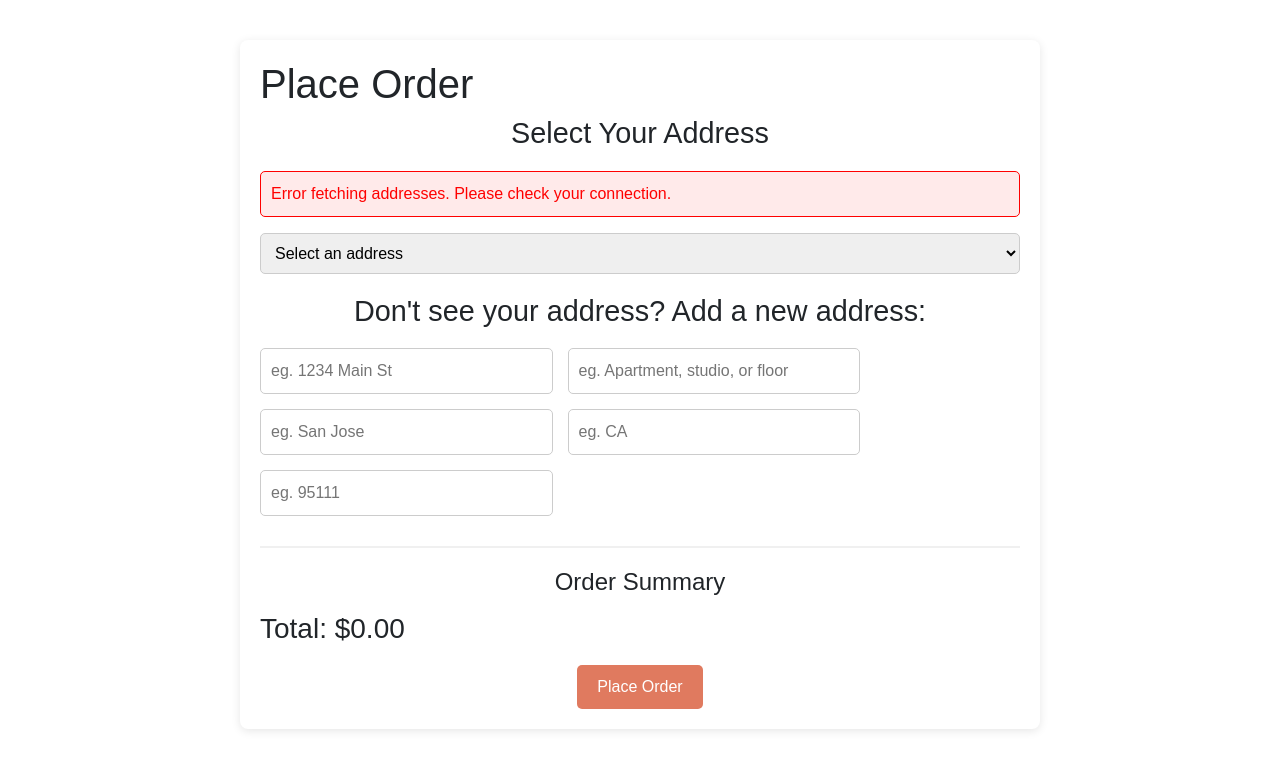
Repository: chelseajaculina/lab2-uber-eats
Page: /order (app in frontend/)
The author's editor kept a copy of each file at every save. The page is drawn from the files as they stood at one save, then again after the next save.
The browser window is 1280 px wide. The pictures show the whole page.
The page's requests for data from a server got no answer. The project was rebuilt for these pictures with package versions that can differ from the ones it lists, and the page was loaded fresh each time. No one was signed in, and anything a server would have sent is missing. Also part of the build but not shown: frontend/src/components/Home.css, frontend/src/components/Logout.css, frontend/src/components/Logout.js, frontend/src/components/CartModal.css, frontend/src/components/CartModal.js, frontend/src/components/NavBarHome.js, frontend/src/components/Home.js, frontend/src/components/CustomerSignUp.js and 25 more.

Above is the page before, as saved 2024-11-22 21:30:58.

### frontend/src/components/OrderPage.js
import React, { useState, useEffect } from 'react';
import { useLocation, useNavigate } from 'react-router-dom';
import './OrderPage.css';

const OrderPage = () => {
  const location = useLocation();
  const navigate = useNavigate();
  const cart = location.state?.cart || []; // Retrieve cart data from navigation state

  const [addresses, setAddresses] = useState([]);
  const [selectedAddress, setSelectedAddress] = useState('');
  const [isLoading, setIsLoading] = useState(false);
  const [isOrderPlaced, setIsOrderPlaced] = useState(false);
  const [errorMessage, setErrorMessage] = useState('');
  const [successMessage, setSuccessMessage] = useState('');

  const restaurantId = cart[0]?.restaurant_id || ''; // Extract restaurant ID from the cart

  const calculateTotal = () =>
    cart.reduce((total, item) => total + (parseFloat(item.price) || 0) * item.quantity, 0).toFixed(2);

  useEffect(() => {
    const fetchAddresses = async () => {
      try {
        const response = await fetch('/api/customers/addresses', {
          method: 'GET',
          headers: {
            'Content-Type': 'application/json',
            Authorization: `Bearer ${localStorage.getItem('token')}`,
          },
        });

        if (response.ok) {
          const data = await response.json();
          setAddresses(data.addresses || []);
        } else {
          setErrorMessage('Failed to fetch addresses. Please try again.');
        }
      } catch (error) {
        console.error('Error fetching addresses:', error);
        setErrorMessage('Error fetching addresses. Please check your connection.');
      }
    };

    fetchAddresses();
  }, []);

  const handlePlaceOrder = async () => {
    setIsLoading(true);
    setErrorMessage('');
    setSuccessMessage('');
    try {
      const orderItems = cart.map((item) => ({
        dish_id: item.id,
        quantity: item.quantity,
      }));

      const response = await fetch('/api/orders/create/', {
        method: 'POST',
        headers: {
          'Content-Type': 'application/json',
          Authorization: `Bearer ${localStorage.getItem('token')}`,
        },
        body: JSON.stringify({
          restaurant_id: restaurantId,
          address: selectedAddress,
          items: orderItems,
          total: calculateTotal(),
        }),
      });

      if (response.ok) {
        setIsOrderPlaced(true);
        setSuccessMessage('Your order has been placed successfully!');
        setTimeout(() => {
          navigate('/'); // Redirect to the dashboard after a short delay
        }, 2000);
      } else {
        const errorData = await response.json();
        setErrorMessage(errorData.error || 'Failed to place the order. Please try again.');
      }
    } catch (error) {
      console.error('Error placing the order:', error);
      setErrorMessage('An error occurred while placing the order. Please try again.');
    } finally {
      setIsLoading(false);
    }
  };

  return (
    <div className="order-page">
      <h1>Place Order</h1>
      <h2>Select Your Address</h2>
      {errorMessage && <p className="error-message">{errorMessage}</p>}
      {successMessage && <p className="success-message">{successMessage}</p>}
      <select
        value={selectedAddress}
        onChange={(e) => setSelectedAddress(e.target.value)}
        className="address-dropdown"
      >
        <option value="" disabled>
          Select an address
        </option>
        {addresses.map((address, index) => (
          <option key={index} value={address.id}>
            {address.street}, {address.city}, {address.state}, {address.zipcode}
          </option>
        ))}
      </select>
      <h2>Don't see your address? Add a new address:</h2>
      <form className="new-address-form">
        <input type="text" name="street" placeholder="eg. 1234 Main St" />
        <input type="text" name="apartment" placeholder="eg. Apartment, studio, or floor" />
        <input type="text" name="city" placeholder="eg. San Jose" />
        <input type="text" name="state" placeholder="eg. CA" />
        <input type="text" name="zipcode" placeholder="eg. 95111" />
      </form>
      <div className="order-summary">
        <h2>Order Summary</h2>
        {cart.map((item) => (
          <div key={item.id} className="summary-item">
            <span>{item.name}</span>
            <span>Qty: {item.quantity}</span>
            <span>${(parseFloat(item.price) * item.quantity).toFixed(2)}</span>
          </div>
        ))}
        <h3>Total: ${calculateTotal()}</h3>
        {!isOrderPlaced && (
          <button
            className="place-order-button"
            onClick={handlePlaceOrder}
            disabled={!selectedAddress || isLoading}
          >
            {isLoading ? 'Placing Order...' : 'Place Order'}
          </button>
        )}
      </div>
      {isOrderPlaced && (
        <div className="confirmation-message">
          <h3>Congratulations!</h3>
          <p>
            Your order has been placed! Stay hungry, our delivery executive will
            be assigned shortly.
          </p>
          <button onClick={() => navigate('/')} className="dashboard-button">
            Go to Dashboard
          </button>
        </div>
      )}
    </div>
  );
};

export default OrderPage;

### frontend/src/components/CustomerProfile.css
/* Main Container */
.dashboard-container {
    display: flex;
    font-family: Arial, sans-serif;
  }

  /* Sidebar */
  .sidebar {
    width: 250px;
    background-color: #000;
    color: #fff;
    padding: 20px;
    min-height: 100vh;
  }

  .sidebar h2 {
    font-size: 1.2em;
    margin-bottom: 20px;
    color: #fff;
  }

  .sidebar ul {
    list-style-type: none;
    padding: 0;
  }

  .sidebar ul li {
    padding: 15px 0;
    color: #ccc;
    cursor: pointer;
  }

  .sidebar ul li:hover,
  .sidebar ul li.active {
    color: #fff;
    background-color: #333;
    padding-left: 10px;
    border-radius: 5px;
  }

  /* Content Section */
  .content {
    flex: 1;
    padding: 40px;
  }

  .content h1 {
    font-size: 2em;
    font-weight: bold;
    margin-bottom: 20px;
  }

  /* Form Styling */
  form {
    display: flex;
    flex-direction: column;
    gap: 15px;
    max-width: 600px;
    margin-bottom: 30px;
  }

  form label {
    font-weight: bold;
    margin-bottom: 5px;
  }

  form input[type="text"],
  form input[type="date"],
  form input[type="email"],
  form input[type="tel"],
  form select {
    width: 100%;
    padding: 10px;
    border: 1px solid #ccc;
    border-radius: 5px;
  }

  form button {
    padding: 10px 15px;
    background-color: #28a745;
    color: #fff;
    border: none;
    border-radius: 5px;
    cursor: pointer;
  }

  form button:hover {
    background-color: #000;
  }

  /* Profile Picture Section */
  .profile-section {
    display: flex;
    align-items: center;
    gap: 10px;
    margin-bottom: 20px;
  }

  .profile-picture {
    width: 100px;
    height: 100px;
    border-radius: 75%;
    object-fit: cover;
    border: 1px solid #ccc;
  }

  .profile-picture-input {
    margin-top: 10px;
  }

  .profile-picture-btn {
    padding: 8px 12px;
    background-color: #28a745;
    color: #fff;
    border: none;
    border-radius: 5px;
    cursor: pointer;
    margin-top: 10px;
  }

  .profile-picture-btn:hover {
    background-color: #000000;
  }

  /* Favorites Section */
  .favorites-section {
    margin-top: 30px;
  }

  .favorites-section h2 {
    font-size: 1.5em;
    font-weight: bold;
    margin-bottom: 10px;
  }

  .favorites-section ul {
    list-style-type: none;
    padding: 0;
  }

  .favorites-section li {
    padding: 10px 0;
    border-bottom: 1px solid #eee;
  }

  /* Edit Icon Styling (optional) */
  .edit-icon {
    cursor: pointer;
    font-size: 1.2em;
    color: #007bff;
    background: #fff;
    border-radius: 50%;
    padding: 5px;
    border: 1px solid #007bff;
  }

### frontend/src/components/RestaurantProfile.css
/* Main Container */
.dashboard-container {
    display: flex;
    font-family: Arial, sans-serif;
  }

  /* Sidebar */
  .sidebar {
    width: 250px;
    background-color: #000;
    color: #fff;
    padding: 20px;
    min-height: 100vh;
  }

  .sidebar h2 {
    font-size: 1.2em;
    margin-bottom: 20px;
    color: #fff;
  }

  .sidebar ul {
    list-style-type: none;
    padding: 0;
  }

  .sidebar ul li {
    padding: 15px 0;
    color: #ccc;
    cursor: pointer;
  }

  .sidebar ul li:hover,
  .sidebar ul li.active {
    color: #fff;
    background-color: #333;
    padding-left: 10px;
    border-radius: 5px;
  }

  /* Content Section */
  .content {
    flex: 1;
    padding: 40px;
  }

  .content h1 {
    font-size: 2em;
    font-weight: bold;
    margin-bottom: 20px;
  }

  /* Form Styling */
  form {
    display: flex;
    flex-direction: column;
    gap: 15px;
    max-width: 600px;
    margin-bottom: 30px;
  }

  form label {
    font-weight: bold;
    margin-bottom: 5px;
  }

  form input[type="text"],
  form input[type="date"],
  form input[type="email"],
  form input[type="tel"],
  form select {
    width: 100%;
    padding: 10px;
    border: 1px solid #ccc;
    border-radius: 5px;
  }

  form button {
    padding: 10px 15px;
    background-color: #28a745;
    color: #fff;
    border: none;
    border-radius: 5px;
    cursor: pointer;
  }

  form button:hover {
    background-color: #000;
  }

  /* Profile Picture Section */
  .profile-section {
    display: flex;
    align-items: center;
    gap: 10px;
    margin-bottom: 20px;
  }

  .profile-picture {
    width: 100px;
    height: 100px;
    border-radius: 75%;
    object-fit: cover;
    border: 1px solid #ccc;
  }

  .profile-picture-input {
    margin-top: 10px;
  }

  .profile-picture-btn {
    padding: 8px 12px;
    background-color: #28a745;
    color: #fff;
    border: none;
    border-radius: 5px;
    cursor: pointer;
    margin-top: 10px;
  }

  .profile-picture-btn:hover {
    background-color: #000000;
  }

  /* Favorites Section */
  .favorites-section {
    margin-top: 30px;
  }

  .favorites-section h2 {
    font-size: 1.5em;
    font-weight: bold;
    margin-bottom: 10px;
  }

  .favorites-section ul {
    list-style-type: none;
    padding: 0;
  }

  .favorites-section li {
    padding: 10px 0;
    border-bottom: 1px solid #eee;
  }

  /* Edit Icon Styling (optional) */
  .edit-icon {
    cursor: pointer;
    font-size: 1.2em;
    color: #007bff;
    background: #fff;
    border-radius: 50%;
    padding: 5px;
    border: 1px solid #007bff;
  }

### frontend/src/components/RestaurantMenu.css
/* General Reset */
* {
  margin: 0;
  padding: 0;
  box-sizing: border-box;
  font-family: Arial, Helvetica, sans-serif;
}

/* Container for the entire menu section */
.restaurant-menu {
  width: 100%;
  padding: 20px;
  display: flex;
  flex-direction: column;
  align-items: center;
  background-color: #f5f5f5;
}

/* Title of the menu */
.menu-title {
  font-size: 2rem;
  margin-bottom: 20px;
  color: #333;
}

/* Section for the add dish button */
.add-dish-section {
  width: 100%;
  display: flex;
  justify-content: center;
  margin-bottom: 20px;
}

.add-dish-button {
  padding: 10px 20px;
  font-size: 1rem;
  background-color: black;
  color: white;
  border: none;
  border-radius: 5px;
  cursor: pointer;
  transition: background-color 0.3s;
}

.add-dish-button:hover {
  background-color: #333;
}

/* Dishes list */
.dishes-list {
  width: 100%;
  display: flex;
  flex-wrap: wrap;
  justify-content: center;
  gap: 20px;
}

/* Individual dish card */
.dish-card {
  background-color: white;
  width: 250px;
  padding: 10px;
  border-radius: 10px;
  box-shadow: 0 4px 8px rgba(0, 0, 0, 0.1);
  text-align: center;
  display: flex;
  flex-direction: column;
  align-items: center;
}

.dish-image {
  width: 100%;
  height: 180px;
  object-fit: cover;
  border-radius: 10px;
  margin-bottom: 10px;
}

.dish-card h3 {
  font-size: 1.2rem;
  color: #333;
}

.dish-card p {
  font-size: 0.9rem;
  color: #555;
}

.dish-card strong {
  color: #000;
}

/* Modal overlay */
.modal-overlay {
  position: fixed;
  top: 0;
  left: 0;
  width: 100%;
  height: 100%;
  background-color: rgba(0, 0, 0, 0.5);
  display: flex;
  justify-content: center;
  align-items: center;
}

/* Modal content */
.modal-content {
  background-color: white;
  padding: 20px;
  width: 400px;
  border-radius: 10px;
  box-shadow: 0 4px 8px rgba(0, 0, 0, 0.2);
}

.modal-content h2 {
  font-size: 1.5rem;
  margin-bottom: 20px;
  color: #333;
}

.dish-form {
  display: flex;
  flex-direction: column;
  gap: 10px;
}

.dish-form input,
.dish-form select,
.dish-form textarea {
  padding: 10px;
  font-size: 1rem;
  border: 1px solid #ccc;
  border-radius: 5px;
  width: 100%;
  box-sizing: border-box;
}

.dish-form textarea {
  resize: vertical;
  height: 100px;
}

.form-buttons {
  display: flex;
  justify-content: space-between;
}

.save-button {
  background-color: #00cc66;
  color: white;
  padding: 10px 20px;
  border: none;
  border-radius: 5px;
  cursor: pointer;
  transition: background-color 0.3s;
}

.save-button:hover {
  background-color: #00a653;
}

.cancel-button {
  background-color: #ccc;
  color: #333;
  padding: 10px 20px;
  border: none;
  border-radius: 5px;
  cursor: pointer;
  transition: background-color 0.3s;
}

.cancel-button:hover {
  background-color: #bbb;
}

/* Price input styling */
.price-input {
  display: flex;
  align-items: center;
}

.price-input span {
  margin-right: 10px;
  font-size: 1rem;
  color: #333;
}

/* Loading message */
.loading {
  text-align: center;
  font-size: 1.2rem;
  color: #333;
}

### frontend/src/components/OrderPage.css
.order-page {
    max-width: 800px;
    margin: 40px auto;
    background-color: white;
    padding: 20px;
    border-radius: 8px;
    box-shadow: 0 2px 10px rgba(0, 0, 0, 0.1);
  }

  .order-page h2 {
    font-size: 1.8rem;
    margin-bottom: 20px;
    text-align: center;
  }

  .address-dropdown {
    width: 100%;
    padding: 10px;
    border: 1px solid #ccc;
    border-radius: 5px;
    margin-bottom: 20px;
  }

  .new-address-form {
    display: grid;
    grid-template-columns: 1fr 1fr;
    gap: 15px;
    margin-bottom: 20px;
  }

  .new-address-form input {
    width: 100%;
    padding: 10px;
    border: 1px solid #ccc;
    border-radius: 5px;
  }

  .new-address-form button {
    grid-column: span 2;
    background-color: #3d5a80;
    color: white;
    border: none;
    padding: 10px;
    border-radius: 5px;
    cursor: pointer;
  }

  .new-address-form button:hover {
    opacity: 0.9;
  }

  .order-summary {
    margin-top: 30px;
    border-top: 2px solid #f0f0f0;
    padding-top: 20px;
  }

  .order-summary h2 {
    font-size: 1.5rem;
    margin-bottom: 15px;
  }

  .summary-item {
    display: flex;
    justify-content: space-between;
    padding: 10px 0;
    border-bottom: 1px solid #f0f0f0;
  }

  .summary-item:last-child {
    border-bottom: none;
  }

  .place-order-button {
    background-color: #e07a5f;
    color: white;
    border: none;
    padding: 10px 20px;
    border-radius: 5px;
    cursor: pointer;
    display: block;
    margin: 20px auto 0;
    font-size: 1rem;
  }

  .place-order-button:hover {
    opacity: 0.9;
  }

  .confirmation-message {
    margin-top: 20px;
    padding: 20px;
    border: 1px solid #d4edda;
    background-color: #d4edda;
    color: #155724;
    border-radius: 5px;
    text-align: center;
  }

  .dashboard-button {
    margin-top: 10px;
    padding: 10px 20px;
    background-color: #007bff;
    color: white;
    border: none;
    border-radius: 5px;
    cursor: pointer;
  }

  .dashboard-button:hover {
    opacity: 0.9;
  }


  .success-message {
    color: green;
    background-color: #eaffea;
    padding: 10px;
    border: 1px solid green;
    border-radius: 5px;
    margin-top: 10px;
  }

  .error-message {
    color: red;
    background-color: #ffeaea;
    padding: 10px;
    border: 1px solid red;
    border-radius: 5px;
    margin-top: 10px;
  }

  .confirmation-message {
    background-color: #eaffea;
    padding: 15px;
    border: 1px solid green;
    border-radius: 5px;
    margin-top: 15px;
  }

Loaded but not shown: frontend/public/index.html (common file); frontend/src/App.js (86 lines, source omitted); frontend/src/contexts/CartContext.js (42 lines, source omitted); frontend/src/index.js (14 lines, source omitted); frontend/src/components/NavBar.css (372 lines, source omitted); frontend/src/components/NavBarBusiness.css (260 lines, source omitted); frontend/src/components/Welcome.css (197 lines, source omitted); frontend/src/components/SignUp.css (183 lines, source omitted)

After the next save:
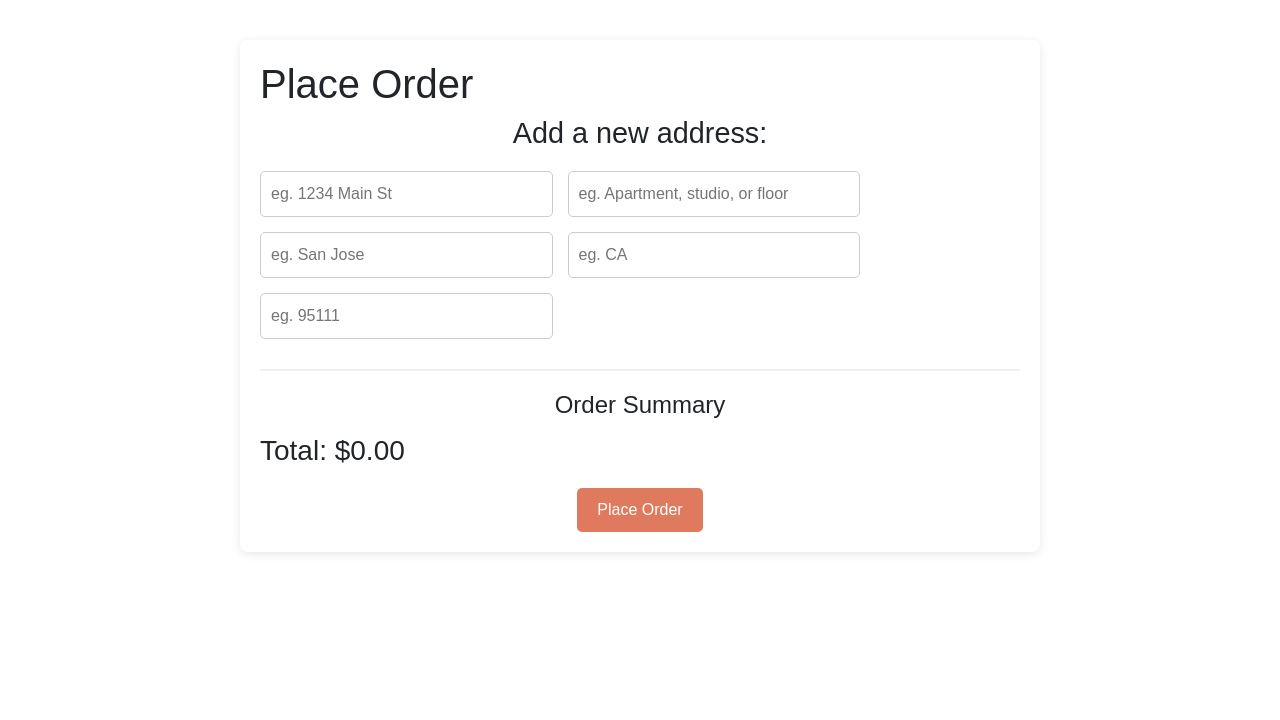
Saved 98 s later.
--- a/frontend/src/components/OrderPage.js
+++ b/frontend/src/components/OrderPage.js
@@ -7,8 +7,11 @@ const OrderPage = () => {
   const navigate = useNavigate();
   const cart = location.state?.cart || []; // Retrieve cart data from navigation state
 
-  const [addresses, setAddresses] = useState([]);
-  const [selectedAddress, setSelectedAddress] = useState('');
+  const [street, setStreet] = useState('');
+  const [apartment, setApartment] = useState('');
+  const [city, setCity] = useState('');
+  const [state, setState] = useState('');
+  const [zipcode, setZipcode] = useState('');
   const [isLoading, setIsLoading] = useState(false);
   const [isOrderPlaced, setIsOrderPlaced] = useState(false);
   const [errorMessage, setErrorMessage] = useState('');
@@ -19,36 +22,17 @@ const OrderPage = () => {
   const calculateTotal = () =>
     cart.reduce((total, item) => total + (parseFloat(item.price) || 0) * item.quantity, 0).toFixed(2);
 
-  useEffect(() => {
-    const fetchAddresses = async () => {
-      try {
-        const response = await fetch('/api/customers/addresses', {
-          method: 'GET',
-          headers: {
-            'Content-Type': 'application/json',
-            Authorization: `Bearer ${localStorage.getItem('token')}`,
-          },
-        });
-
-        if (response.ok) {
-          const data = await response.json();
-          setAddresses(data.addresses || []);
-        } else {
-          setErrorMessage('Failed to fetch addresses. Please try again.');
-        }
-      } catch (error) {
-        console.error('Error fetching addresses:', error);
-        setErrorMessage('Error fetching addresses. Please check your connection.');
-      }
-    };
-
-    fetchAddresses();
-  }, []);
-
   const handlePlaceOrder = async () => {
     setIsLoading(true);
     setErrorMessage('');
     setSuccessMessage('');
+
+    if (!street || !city || !state || !zipcode) {
+      setErrorMessage('Please fill in all required address fields.');
+      setIsLoading(false);
+      return;
+    }
+
     try {
       const orderItems = cart.map((item) => ({
         dish_id: item.id,
@@ -63,7 +47,7 @@ const OrderPage = () => {
         },
         body: JSON.stringify({
           restaurant_id: restaurantId,
-          address: selectedAddress,
+          address: `${street}, ${apartment ? apartment + ', ' : ''}${city}, ${state} ${zipcode}`,
           items: orderItems,
           total: calculateTotal(),
         }),
@@ -90,30 +74,45 @@ const OrderPage = () => {
   return (
     <div className="order-page">
       <h1>Place Order</h1>
-      <h2>Select Your Address</h2>
       {errorMessage && <p className="error-message">{errorMessage}</p>}
       {successMessage && <p className="success-message">{successMessage}</p>}
-      <select
-        value={selectedAddress}
-        onChange={(e) => setSelectedAddress(e.target.value)}
-        className="address-dropdown"
-      >
-        <option value="" disabled>
-          Select an address
-        </option>
-        {addresses.map((address, index) => (
-          <option key={index} value={address.id}>
-            {address.street}, {address.city}, {address.state}, {address.zipcode}
-          </option>
-        ))}
-      </select>
-      <h2>Don't see your address? Add a new address:</h2>
+      <h2>Add a new address:</h2>
       <form className="new-address-form">
-        <input type="text" name="street" placeholder="eg. 1234 Main St" />
-        <input type="text" name="apartment" placeholder="eg. Apartment, studio, or floor" />
-        <input type="text" name="city" placeholder="eg. San Jose" />
-        <input type="text" name="state" placeholder="eg. CA" />
-        <input type="text" name="zipcode" placeholder="eg. 95111" />
+        <input
+          type="text"
+          name="street"
+          placeholder="eg. 1234 Main St"
+          value={street}
+          onChange={(e) => setStreet(e.target.value)}
+        />
+        <input
+          type="text"
+          name="apartment"
+          placeholder="eg. Apartment, studio, or floor"
+          value={apartment}
+          onChange={(e) => setApartment(e.target.value)}
+        />
+        <input
+          type="text"
+          name="city"
+          placeholder="eg. San Jose"
+          value={city}
+          onChange={(e) => setCity(e.target.value)}
+        />
+        <input
+          type="text"
+          name="state"
+          placeholder="eg. CA"
+          value={state}
+          onChange={(e) => setState(e.target.value)}
+        />
+        <input
+          type="text"
+          name="zipcode"
+          placeholder="eg. 95111"
+          value={zipcode}
+          onChange={(e) => setZipcode(e.target.value)}
+        />
       </form>
       <div className="order-summary">
         <h2>Order Summary</h2>
@@ -129,7 +128,7 @@ const OrderPage = () => {
           <button
             className="place-order-button"
             onClick={handlePlaceOrder}
-            disabled={!selectedAddress || isLoading}
+            disabled={isLoading}
           >
             {isLoading ? 'Placing Order...' : 'Place Order'}
           </button>
